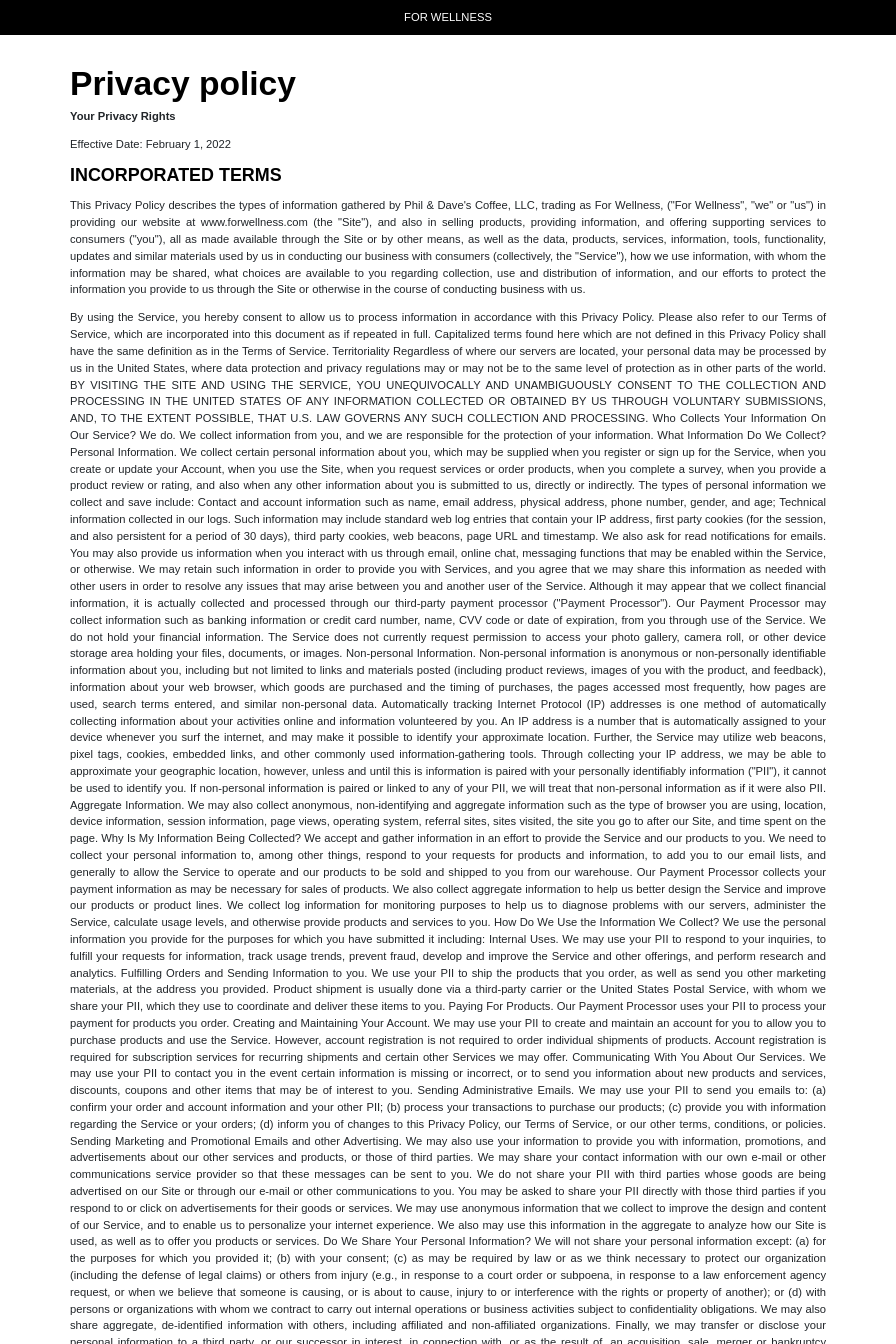
Repository: dariusprince90/wellness-landing
Page: PrivacyPolicy.html
An editor plug-in stored every save of this project. The page is shown before and after the next save, followed by the edit.
The browser window is 1280 px wide. The pictures show the part of the page from y = 0 to 1920 px (the page is 3999 px tall before and 4039 px after), at 70% of full size.

Above is the page before, as saved 2023-08-03 17:54:44.

After the next save:
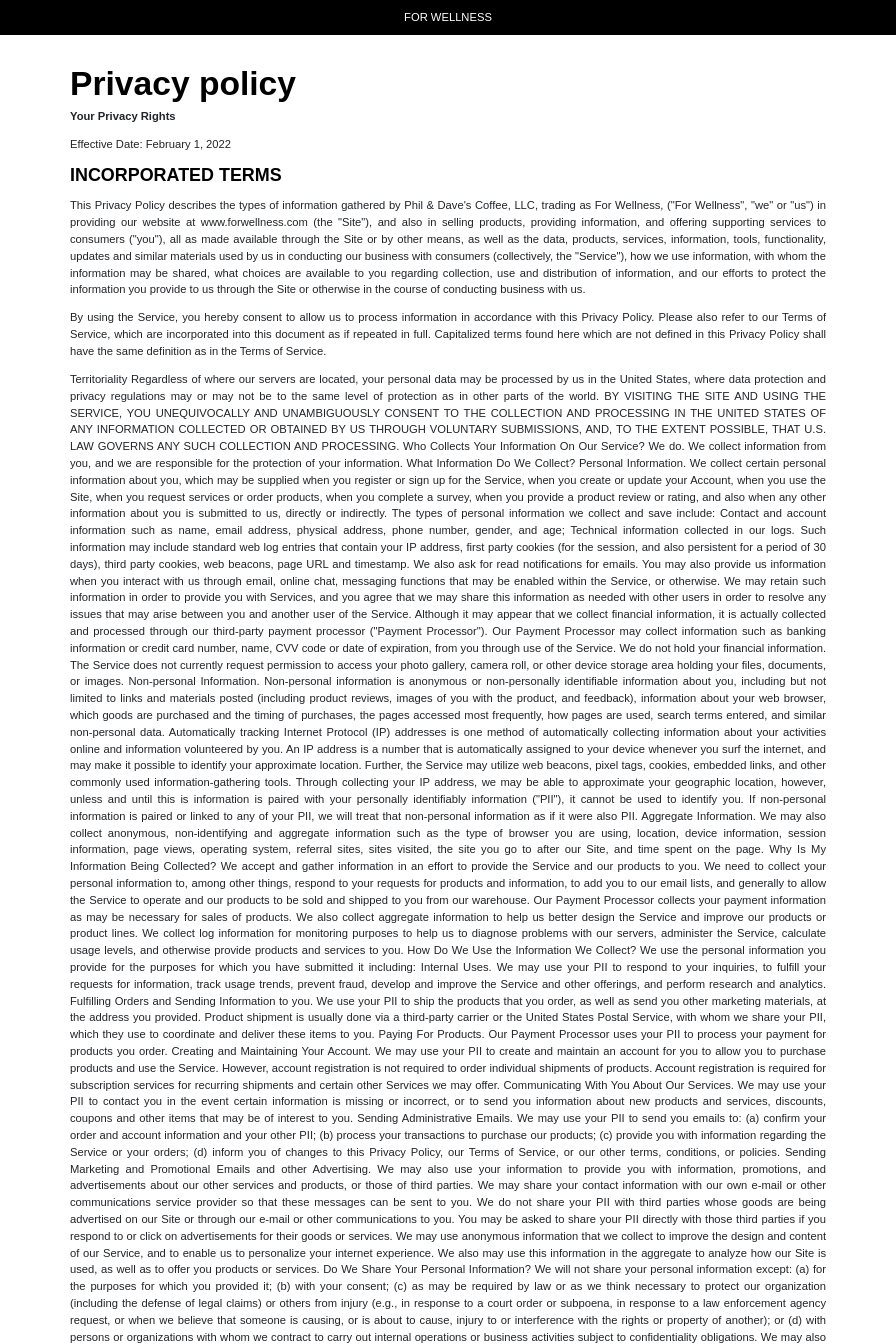
Saved 9 s later.
--- a/PrivacyPolicy.html
+++ b/PrivacyPolicy.html
@@ -53,11 +53,11 @@
             you regarding collection, use and distribution of information, and our efforts to protect the information you
             provide to us through the Site or otherwise in the course of conducting business with us.</p>
 
-
-        By using the Service, you hereby consent to allow us to process information in accordance with this Privacy
-        Policy. Please also refer to our Terms of Service, which are incorporated into this document as if repeated in
-        full. Capitalized terms found here which are not defined in this Privacy Policy shall have the same definition
-        as in the Terms of Service.
+            <p>By using the Service, you hereby consent to allow us to process information in accordance with this Privacy
+                Policy. Please also refer to our Terms of Service, which are incorporated into this document as if repeated in
+                full. Capitalized terms found here which are not defined in this Privacy Policy shall have the same definition
+                as in the Terms of Service.</p>
+
 
         Territoriality
         Regardless of where our servers are located, your personal data may be processed by us in the United States,
